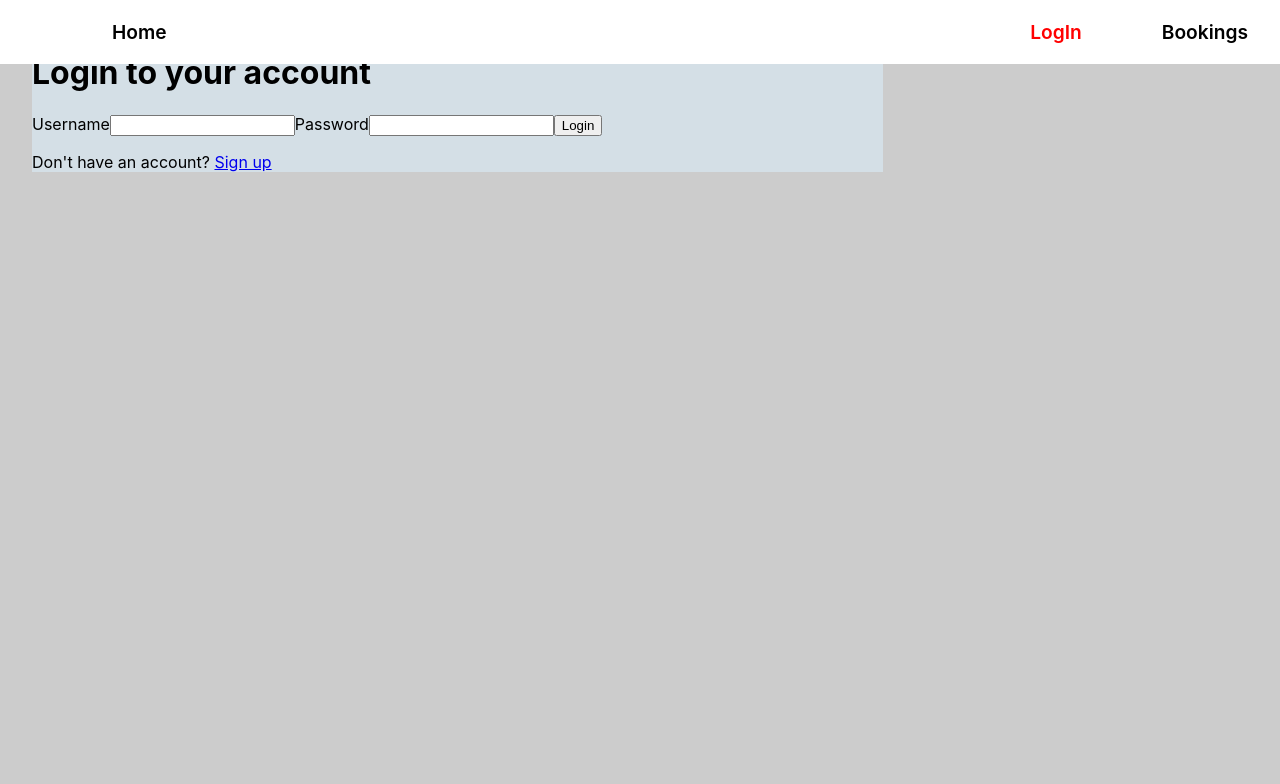
Repository: MikkyPrestige/fake-user-authentication
Page: /login
The author's editor kept a copy of each file at every save. The page is drawn from the files as they stood at one save, then again after the next save.
The browser window is 1280 px wide. The pictures show the whole page.
The project was rebuilt for these pictures with package versions that can differ from the ones it lists, and the page was loaded fresh each time. Also part of the build but not shown: src/assets/styles/home.css, src/components/home.jsx, src/assets/styles/booking.css, src/components/booking.jsx, src/components/fallBack.jsx, src/assets/styles/error.css, src/components/error.jsx, src/profile/signUp.jsx and 2 more.

Above is the page before, as saved 2022-11-24 05:35:14.

### src/index.css
body {
  margin: 0;
  font-family: -apple-system, BlinkMacSystemFont, 'Segoe UI', 'Roboto', 'Oxygen',
    'Ubuntu', 'Cantarell', 'Fira Sans', 'Droid Sans', 'Helvetica Neue',
    sans-serif;
  -webkit-font-smoothing: antialiased;
  -moz-osx-font-smoothing: grayscale;
  /* background-image: url(./assets/img/pattern_blue-1.jpg);
  background-repeat: no-repeat;
  background-size: cover;
  background-position: center;
  background-attachment: fixed; */
}

code {
  font-family: source-code-pro, Menlo, Monaco, Consolas, 'Courier New',
    monospace;
}

### src/App.jsx
import React from "react";
import { ErrorBoundary } from "react-error-boundary";
import { Route, Routes } from "react-router-dom";
import { Home, Navigation, Booking, FallBack, Error } from "./components";
import { Login, User, Logout, SignUp } from "./profile";
import RequireAuth from "./profile/context/require";
import { AuthProvider } from "./profile/context/auth";

function App() {
  return (
    <div className="App">
      <ErrorBoundary FallbackComponent={FallBack}>
        <Navigation />
        <AuthProvider>
        <Routes>
          <Route path="/" element={<Home />} />
          <Route path="/login">
            <Route index element={<Login />} />
          </Route>
          <Route path="/user" element={<RequireAuth><User /></RequireAuth>} />
          <Route path="/logout" element={<Logout />} />
          <Route path="/signUp" element={<SignUp />} />
          <Route path="/booking" element={<Booking />} />
          <Route path="*" element={<Error />} />
        </Routes>
        </AuthProvider>
      </ErrorBoundary>
    </div>
  );
}

export default App;

### src/components/index.js
export { default as Navigation } from "./navigation";
export { default as Home } from "./home";
export { default as Booking } from "./booking";
export { default as FallBack } from "./fallBack";
export { default as Error } from "./error";

### src/profile/index.js
export { default as Login } from "./login";
export { default as Logout } from "./logout";
export { default as SignUp } from "./signUp";
export { default as User } from "./user";

### src/profile/context/auth.jsx
// USER AUTHENTICATION CONTEXT
// This context is used to store the user authentication data and provide it to the rest of the application

import React, { createContext, useState, useContext } from "react";

// Create the context
const AuthContext = createContext({ user: {
  userName: "",
  email: "",
  password: "",
  confirmPassword: ""
} });

// Create the provider
const AuthProvider = ({ children }) => {

  // Create the state
  const [user, setUser] = useState({
    userName: "",
    email: "",
    password: "",
    confirmPassword: ""
  });

  // Login the user
  const login = (userName, password) => {
    setUser({
      userName,
      password
    });
  };

  // Sign up the user
  const signUp = (userName, password, email) => {
    setUser({
      userName,
      password,
      email
    });
  };

  // Logout the user
  const logout = () => {
    setUser({
      userName: "",
      email: "",
      password: "",
      confirmPassword: ""
    });
  };

  // Return the provider
  return (
    <AuthContext.Provider value={{ user, login, signUp, logout }}>
      {children}
    </AuthContext.Provider>
  );
};

// Create the hook
const useAuth = () => useContext(AuthContext);

// Export the provider and the hook
export { AuthProvider, useAuth };

// // Create the provider
// const AuthProvider = ({ children }) => {
//   // Create the state
//   const [user, setUser] = useState(null);

//   // Create the login function
//   const login = (user) => {
//     // Set the user
//     setUser(user);
//   };

//   // Create the logout function
//   const logout = () => {
//     // Set the user
//     setUser(null);
//   };

//   // Create sign up function
//   const signUp = (user) => {
//     // Set the user
//     setUser(user);
//   };

//   // Return the provider
//   return (
//     <AuthContext.Provider value={{ user, login, logout, signUp }}>
//       {children}
//     </AuthContext.Provider>
//   );
// };

// // Context hook
// const useAuth = () => useContext(AuthContext);

// // Export the context and provider
// export { AuthContext, AuthProvider, useAuth };

### src/components/navigation.jsx
// NAVIGATION COMPONENT

import React from "react";
import { NavLink } from "react-router-dom";
import "../assets/styles/navigation.css";

const Navigation = () => {
  return (
    <div className="navigation">
      <nav className="navigation__links">
        <div className="navigation--link">
          <NavLink
            style={({ isActive }) =>
              isActive ? { color: "red" } : { color: "black" }
            }
            to="/"
            className="navigation__link--item"
          >
            Home
          </NavLink>
        </div>
        <div className="navigation__link--wrapper">
          <NavLink
            style={({ isActive }) =>
              isActive ? { color: "red" } : { color: "black" }
            }
            to="/login"
            className="navigation__link--item"
          >
             LogIn
          </NavLink>
          <NavLink
            style={({ isActive }) =>
              isActive ? { color: "red" } : { color: "black" }
            }
            to="/booking"
            className="navigation__link--item"
          >
            Bookings
          </NavLink>
        </div>
      </nav>
    </div>
  );
};

export default Navigation;

### src/profile/login.jsx
// LOGIN COMPONENT - LOGIN PAGE
// This component is the login page for the application. It is a form that allows the user to enter their username and password.

import React, { useState } from "react";
import { useNavigate, useLocation } from "react-router-dom";
import { useAuth } from "./context/auth";
import "../assets/styles/login.css";

const Login = () => {
  const [userName, setUserName] = useState("");
  const [password, setPassword] = useState("");
  const [error, setError] = useState("");
  const auth = useAuth();
  const navigate = useNavigate();
  const location = useLocation();

  // Validate the form
  const validate = () => {
    if (!userName && !password) {
      setError("Please enter a username and password or email.");
      return false;
    } else if (userName === "") {
      setError("Please enter a username.");
      return false;
    } else if (password === "") {
      setError("Please enter a password.");
      return false;
    } else {
      return true;
    }
  };

  // Handle the form login
  const handleLogin = () => {
    if (validate()) {
      auth.login(userName, password);
      navigate(location.state?.from || "/user", { replace: true }); // Redirect the user to the user page after they login successfully.
    }
  };

  // Handle the form submit
  const handleSubmit = (e) => {
    e.preventDefault();
    console.log(userName, password);
    handleLogin();
  };

  // Handle the form change
  const handleChange = (e) => {
    const { name, value } = e.target;
    if (name === "user") {
      setUserName(value);
    } else if (name === "password") {
      setPassword(value);
    }
  };

  return (
    <div className="login">
      <div className="login__container">
      <h1 className="login__title">Login to your account</h1>
      <form onSubmit={handleSubmit} className="login__form">
        <label htmlFor="user" className="login__label">
          Username
        </label>
        <input
          type="text"
          name="user"
          value={userName}
          onChange={handleChange}
          className="login__input"
        />
        <label htmlFor="password" className="login__label">
          Password
        </label>
        <input
          type="password"
          name="password"
          value={password}
          onChange={handleChange}
          className="login__input"
        />
        <button type="submit" className="login__btn">
          Login
        </button>
      </form>
      <p className="login__error">{error}</p>
      <p className="login__links">
        Don't have an account?{" "}
        <a href="/signUp" className="login__link--item">
          Sign up
        </a>
      </p>
      </div>
    </div>
  );
};

export default Login;

### src/profile/logout.jsx
// LOGOUT COMPONENT:
// This component is for the logout page in the app

import { useEffect } from "react";
import { useNavigate } from "react-router-dom";
import { useAuth } from "./context/auth";

const Logout = () => {
  const auth = useAuth();
  const navigate = useNavigate();

  useEffect(() => {
    auth.logout();
    navigate("/");
  });

  return null;
};

export default Logout;

### src/assets/styles/navigation.css
.navigation {
  background-color: #fff;
  height: 4rem;
  position: fixed;
  top: 0;
  width: 100%;
  z-index: 100;
}

.navigation__links {
  display: flex;
  justify-content: space-between;
  align-items: center;
  height: 100%;
  padding: 0 2rem;
}

.navigation__link--item {
  font-size: 1.2rem;
  font-weight: 600;
  text-decoration: none;
}

.navigation--link {
  margin-left: 5rem;
}

.navigation__link--wrapper {
  display: flex;
  align-items: center;
  gap: 5rem;
}

### src/assets/styles/login.css
.login {
    background-color: #ccc;
    margin: 0 auto;
    padding: 2rem;
    height: 100vh;
}

.login__container {
    /* display: flex; */
    /* flex-direction: column; */
    /* justify-content: center; */
    /* align-items: center; */
    width: 70%;
    /* height: 100%; */
    background-color: #D4DfE6;
    /* border: 1px solid #ccc; */
    /* border-radius: 5px; */
    /* box-shadow: 0 0 10px #ccc; */
}

Loaded but not shown: public/index.html (common file); src/index.js (common file)

After the next save:
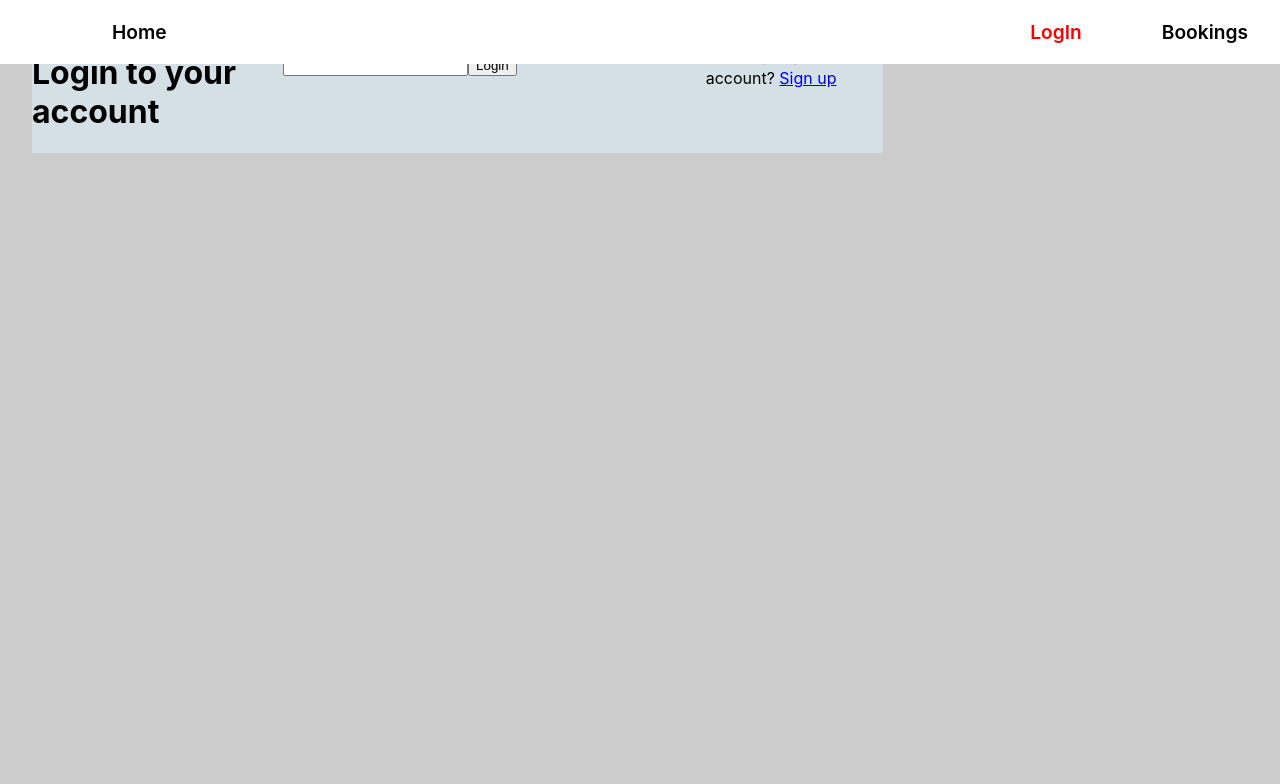
Saved 13 s later.
--- a/src/assets/styles/login.css
+++ b/src/assets/styles/login.css
@@ -6,7 +6,7 @@
 }
 
 .login__container {
-    /* display: flex; */
+    display: flex;
     /* flex-direction: column; */
     /* justify-content: center; */
     /* align-items: center; */
